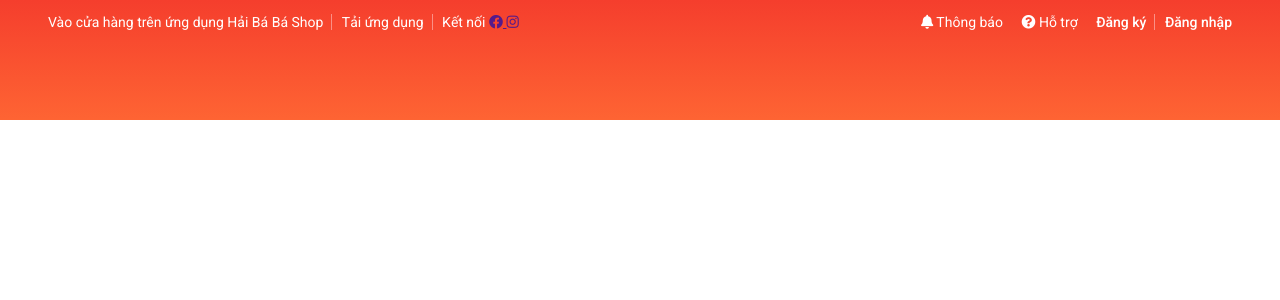
Repository: 0385246651/Shoppee-UI
Page: index.html
An editor plug-in stored every save of this project. The page is shown before and after the next save, followed by the edit.
The browser window is 1280 px wide. The pictures show the whole page.

Above is the page before, as saved 2022-11-04 09:17:54.

After the next save:
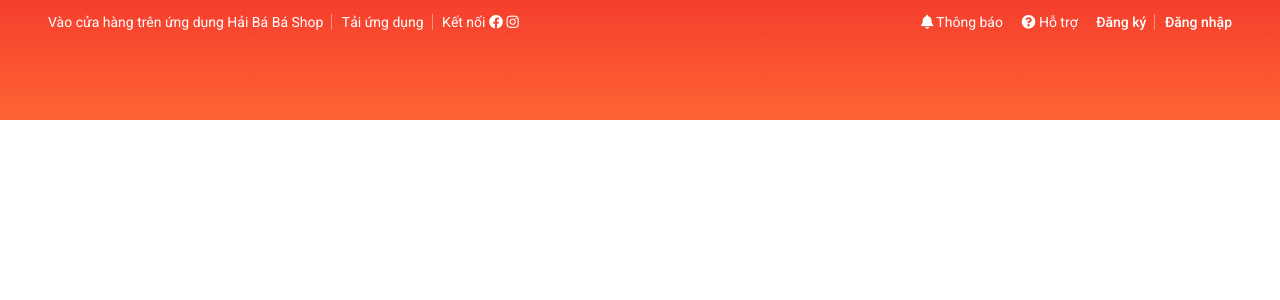
Saved 41 s later.
--- a/assets/css/main.css
+++ b/assets/css/main.css
@@ -48,3 +48,8 @@
     top: 50%;
     transform: translateY(-50%);
 }
+
+.header__navbar-icon-link {
+    color: var(--white-color);
+    text-decoration: none;
+}
